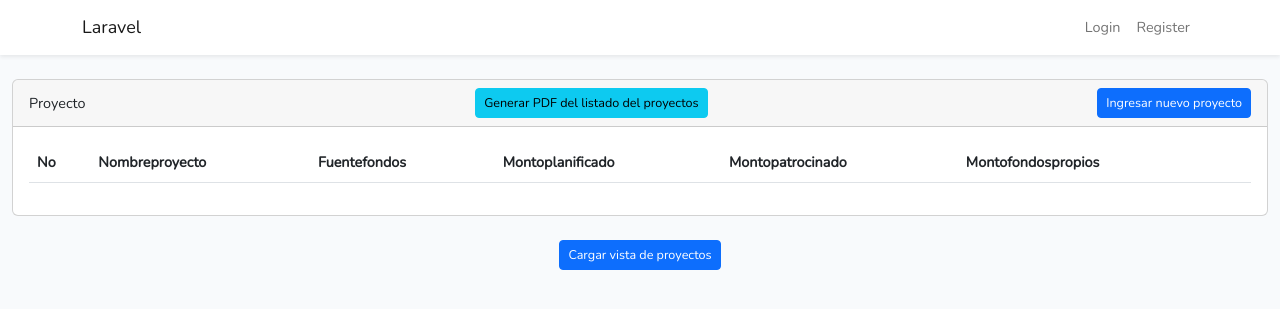
Repository: Hellcat98/Practica_laravel_alfredo
Page: http://localhost/proyecto
The author's editor kept a copy of each file at every save. The page is drawn from the files as they stood at one save, then again after the next save.
The browser window is 1280 px wide. The pictures show the whole page.
The page is served by the project's Laravel application, run on PHP 8.4 with Laravel 10. Style sheets and scripts are compiled from the project's sources, by tool versions that may differ from the author's. Queries for data that is not in the repository find no rows.

Above is the page before, as saved 2023-06-11 17:42:25.

After the next save:
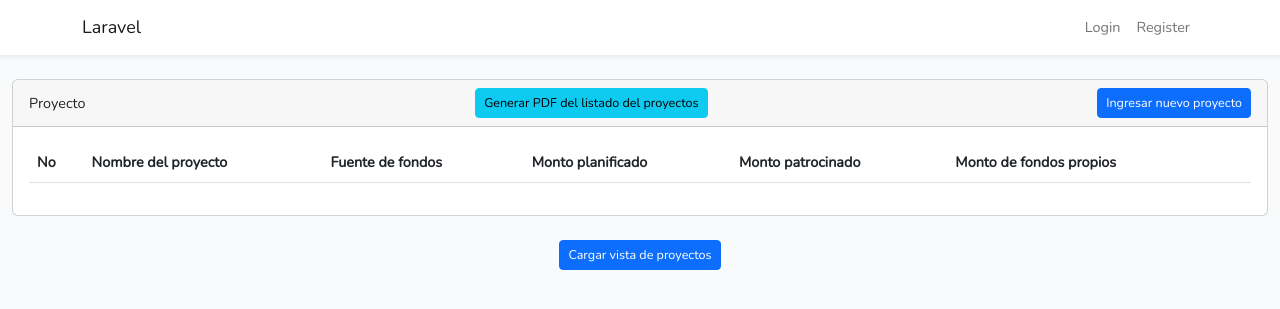
Saved 35 s later.
--- a/resources/views/proyecto/index.blade.php
+++ b/resources/views/proyecto/index.blade.php
@@ -45,11 +45,11 @@
                                     <tr>
                                         <th>No</th>
 
-										<th>Nombreproyecto</th>
-										<th>Fuentefondos</th>
-										<th>Montoplanificado</th>
-										<th>Montopatrocinado</th>
-										<th>Montofondospropios</th>
+										<th>Nombre del proyecto</th>
+										<th>Fuente de fondos</th>
+										<th>Monto planificado</th>
+										<th>Monto patrocinado</th>
+										<th>Monto de fondos propios</th>
 
                                         <th></th>
                                     </tr>
